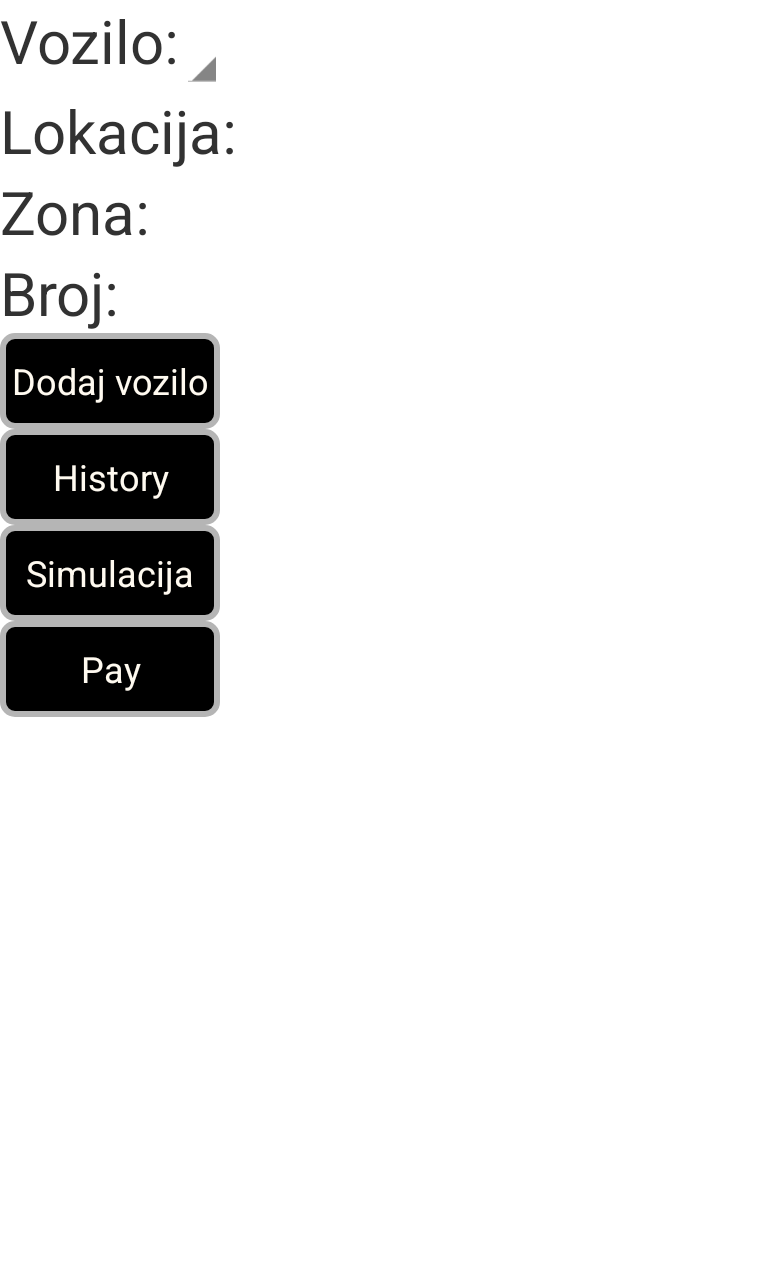
Repository: Kondorcom/GPS_parking
Layout: GPSParking/res/layout/activity_main.xml
An editor plug-in stored every save of this project. The layout is shown before and after the next save, followed by the edit.
It is drawn on a 768 x 1280 px phone screen (xhdpi) without system bars, with theme AppTheme; the app's code is not run. The app's manifest (not shown) leaves right-to-left support off. So textAlignment, textDirection and layoutDirection are ignored, and left and right values win over start and end ones.

Above is the layout before, as saved 2016-05-16 11:20:39.

### GPSParking/res/layout/activity_main.xml
<LinearLayout xmlns:android="http://schemas.android.com/apk/res/android"
    xmlns:tools="http://schemas.android.com/tools"
    android:layout_width="match_parent"
    android:layout_height="match_parent"
    android:layout_margin="10dp"
    android:orientation="vertical" >

    <LinearLayout
        android:layout_width="match_parent"
        android:gravity="start"
        android:layout_height="wrap_content" >

        <TextView
            android:id="@+id/textView1"
            android:layout_width="wrap_content"
            android:layout_height="wrap_content"
            android:text="Vozilo:"
            android:textSize="30sp" />

        <Spinner
            android:id="@+id/spinner1"
            android:layout_width="wrap_content"
            android:layout_height="45dp" />
    </LinearLayout>

    <LinearLayout
        android:id="@+id/LinearLayout4"
        android:layout_width="match_parent"
        android:layout_height="wrap_content" >

        <TextView
            android:id="@+id/textView2"
            android:layout_width="wrap_content"
            android:layout_height="wrap_content"
            android:text="@string/lokacija"
            android:textSize="30sp" />

        <TextView
            android:id="@+id/textView4"
            android:layout_width="wrap_content"
            android:layout_height="wrap_content"
            android:layout_marginStart="10dp"
            android:layout_weight="0.04"
            android:text=""
            android:textSize="30sp" />

    </LinearLayout>

    <LinearLayout
        android:layout_width="match_parent"
        android:layout_height="wrap_content" >

        <TextView
            android:id="@+id/textView3"
            android:layout_width="wrap_content"
            android:layout_height="wrap_content"
            android:text="@string/zona"
            android:textSize="30sp" />

        <TextView
            android:id="@+id/textView5"
            android:layout_width="wrap_content"
            android:layout_height="wrap_content"
            android:layout_marginLeft="20dp"

            android:text=""
            android:textSize="30sp" />

    </LinearLayout>

    <LinearLayout
        android:layout_width="match_parent"
        android:layout_height="wrap_content" >

        <LinearLayout
            android:layout_width="wrap_content"
            android:layout_height="match_parent" >

            <TextView
                android:id="@+id/textView6"
                android:layout_width="wrap_content"
                android:layout_height="wrap_content"
                android:text="@string/broj"
                android:textSize="30sp" />
        </LinearLayout>

        <TextView
            android:id="@+id/textView7"
            android:layout_width="wrap_content"
            android:layout_height="wrap_content"
            android:text=""
            android:textSize="30sp" />
    </LinearLayout>

    <LinearLayout
        android:layout_width="match_parent"
        android:layout_height="wrap_content" >

        <Button
            android:id="@+id/button5"
            android:layout_width="wrap_content"
            android:layout_height="wrap_content"
            android:text="@string/addVozilo2"
            android:onClick="gotoDodaj"
            android:textColor="#fffaf0"
             android:background="@drawable/btn_shape"
             />

    </LinearLayout>

    <LinearLayout
        android:layout_width="match_parent"
        android:layout_height="wrap_content"
        android:orientation="vertical" >

        <Button
            android:id="@+id/button2"
            android:layout_width="wrap_content"
            android:layout_height="wrap_content"
            android:onClick="gotoHistory"
            android:text="@string/history"

            android:textColor="#fffaf0"
             android:background="@drawable/btn_shape"

            />
    </LinearLayout>


    <Button
        android:id="@+id/button4"
        android:layout_width="wrap_content"
        android:layout_height="wrap_content"
        android:textColor="#fffaf0"
             android:background="@drawable/btn_shape"

        android:text="@string/update" />

    <LinearLayout
        android:layout_width="match_parent"
        android:layout_height="wrap_content"
        android:orientation="vertical" >

        <Button
            android:id="@+id/button3"
            android:layout_width="wrap_content"
            android:layout_height="wrap_content"
            android:text="@string/pay"
            android:textColor="#fffaf0"
             android:background="@drawable/btn_shape" />

    </LinearLayout>

</LinearLayout>

### GPSParking/res/values/strings.xml
<?xml version="1.0" encoding="utf-8"?>
<resources>

    <string name="app_name">GPS Parking</string>
    <string name="hello_world">Hello world!</string>
    <string name="action_settings">Settings</string>
    <string name="lokacija">Lokacija:</string>
    <string name="Plus">+</string>
    <string name="addVozilo">Ime vozila</string>
    <string name="addTablica">Registracija</string>
    <string name="addVozilo2">Dodaj vozilo</string>
    <string name="history">History</string>
    <string name="update">Simulacija</string>
    <string name="pay">Pay</string>
    <string name="zona">Zona:</string>
    <string name="broj">Broj:</string>
    <string name="title_activity_vozilo">VoziloActivity</string>
    <string name="Vehicle">Vehicle</string>
    <string name="Plate">Plate</string>
    <string name="City">City</string>
    <string name="Zone">Zone</string>
    <string name="Date">Date</string>
    <string name="Time">Time</string>
    <string name="hint_vehicle">Vehicle name</string>
    <string name="hint_registration">Registration</string>

</resources>

### GPSParking/res/drawable/btn_shape.xml
<?xml version="1.0" encoding="utf-8"?>


<selector xmlns:android="http://schemas.android.com/apk/res/android" >


 <!-- default -->
<item android:state_pressed="false" android:state_focused="false">
    <shape >
      <corners
android:radius="6dp"
/>
<solid
android:color="#000000"
/>
<padding
android:left="0dp"
android:top="0dp"
android:right="0dp"
android:bottom="0dp"
/>
<size
android:width="110dp"
android:height="30dp"

/>
<stroke
android:width="3dp"
android:color="#B5B5B5"

/>

     </shape>
</item>

<!-- button focused -->
<item android:state_pressed="false" android:state_focused="true">
    <shape >
    <corners
android:radius="6dp"
/>
<solid
android:color="#000000"
/>
<padding
android:left="0dp"
android:top="0dp"
android:right="0dp"
android:bottom="0dp"
/>
<size
android:width="110dp"
android:height="30dp"

/>
<stroke
android:width="3dp"
android:color="#B5B5B5"

/>

     </shape>
</item>
<!-- button pressed -->
<item android:state_pressed="true" android:state_focused="false">
    <shape >
     <corners
android:radius="6dp"
/>
<solid
android:color="#ff3300"
/>
<padding
android:left="0dp"
android:top="0dp"
android:right="0dp"
android:bottom="0dp"
/>
<size
android:width="110dp"
android:height="30dp"

/>
<stroke
android:width="3dp"
android:color="#B5B5B5"

/>

    </shape>
</item> </selector>

Loaded but not shown: GPSParking/res/values/styles.xml (common file); GPSParking/res/values-v11/styles.xml (common file); GPSParking/res/values-v14/styles.xml (common file)

After the next save:
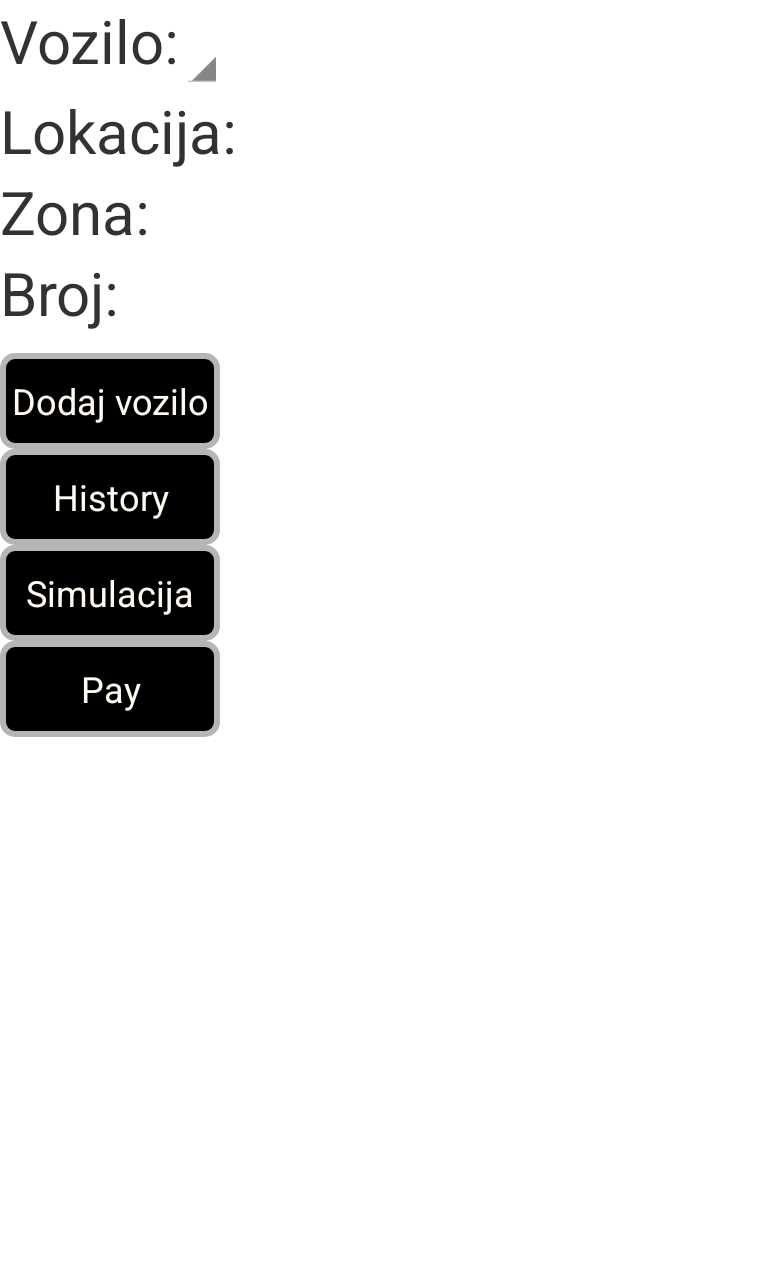
Saved 7 min 7 s later.
--- a/GPSParking/res/layout/activity_main.xml
+++ b/GPSParking/res/layout/activity_main.xml
@@ -94,7 +94,9 @@
 
     <LinearLayout
         android:layout_width="match_parent"
-        android:layout_height="wrap_content" >
+        android:layout_height="wrap_content"
+        android:layout_marginTop="10dp"
+        >
 
         <Button
             android:id="@+id/button5"
